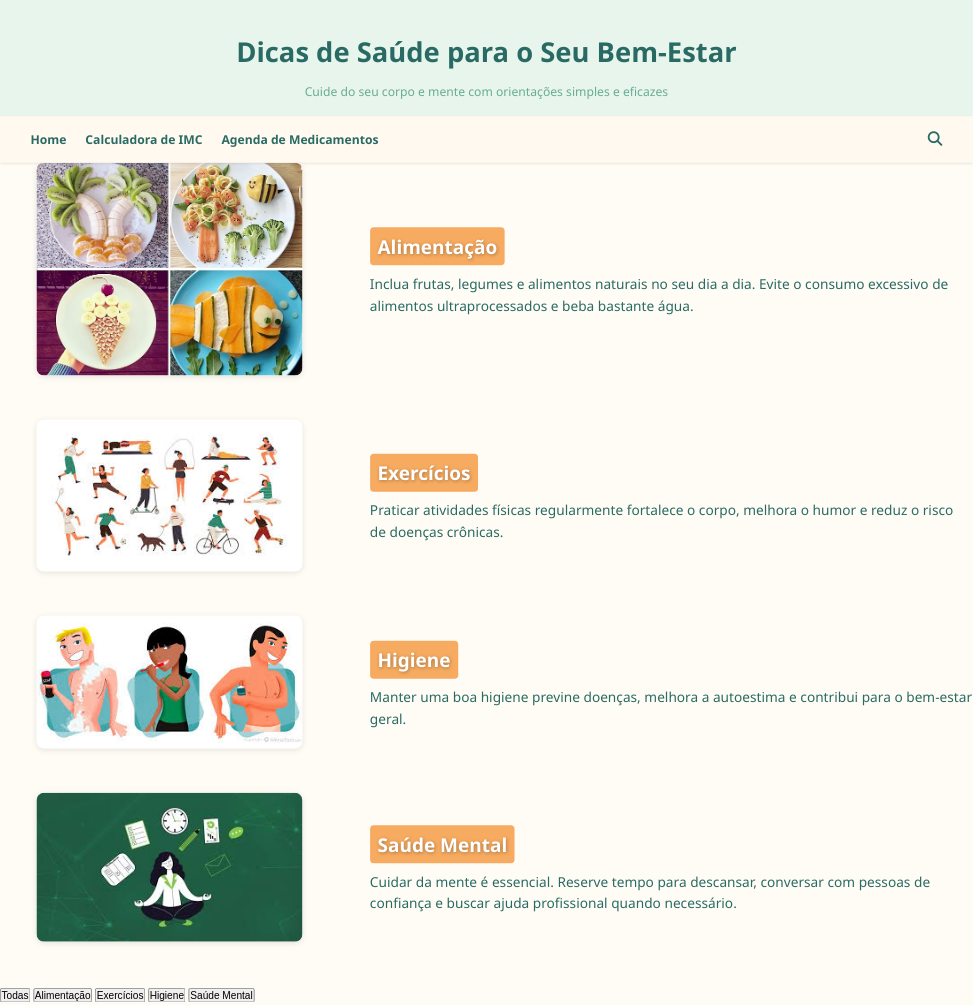
Repository: Cristiane-Sartori14/dicasSaude
Page: index.html
An editor plug-in stored every save of this project. The page is shown before and after the next save, followed by the edit.
The browser window is 1280 px wide. The pictures show the whole page, at 76% of full size.

Above is the page before, as saved 2025-05-21 18:27:26.

### index.html
<!DOCTYPE html>
<html lang="en">
  <head>
    <meta charset="UTF-8" />
    <meta name="viewport" content="width=device-width, initial-scale=1.0" />
    <title>Dicas de Saúde</title>
    <link rel="stylesheet" href="style.css" />
    <script src="script.js"></script>

    <link
      rel="stylesheet"
      href="https://cdnjs.cloudflare.com/ajax/libs/font-awesome/6.5.0/css/all.min.css"
    />
  </head>
  <body>
    <!-- Título principal da página -->
    <section class="main-title">
      <h1>Dicas de Saúde para o Seu Bem-Estar</h1>
      <p>Cuide do seu corpo e mente com orientações simples e eficazes</p>
    </section>

    <!--Cabeçalho-->
    <header class="header">
      <div class="nav-container">
        <nav>
          <ul class="nav-links">
            <li><a href="#">Home</a></li>
            <li><a href="#">Calculadora de IMC</a></li>
            <li><a href="#">Agenda de Medicamentos</a></li>
          </ul>
        </nav>
        <div class="header-icons">
          <div class="icon search-icon">
            <i class="fa-solid fa-magnifying-glass"></i>
          </div>
        </div>
      </div>
    </header>

    <!-- Alimentação -->
    <section class="section-saude">
      <div class="imagem">
        <img
          src="img/alimento.jpg"
          alt="Prato com alimentos saudáveis, frutas e vegetais coloridos"
        />
      </div>
      <div class="texto">
        <h2>Alimentação</h2>
        <p>
          Inclua frutas, legumes e alimentos naturais no seu dia a dia. Evite o
          consumo excessivo de alimentos ultraprocessados e beba bastante água.
        </p>
      </div>
    </section>

    <!-- Exercícios -->
    <section class="section-saude">
      <div class="imagem">
        <img src="img/exercicio.jpg" alt="Exercício Físico" />
      </div>
      <div class="texto">
        <h2>Exercícios</h2>
        <p>
          Praticar atividades físicas regularmente fortalece o corpo, melhora o
          humor e reduz o risco de doenças crônicas.
        </p>
      </div>
    </section>

    <!-- Higiene -->
    <section class="section-saude">
      <div class="imagem">
        <img src="img/higiene.jpg" alt="Higiene Pessoal" />
      </div>
      <div class="texto">
        <h2>Higiene</h2>
        <p>
          Manter uma boa higiene previne doenças, melhora a autoestima e
          contribui para o bem-estar geral.
        </p>
      </div>
    </section>

    <!-- Saúde Mental -->
    <section class="section-saude">
      <div class="imagem">
        <img src="img/saude-mental.jpg" alt="Saúde Mental" />
      </div>
      <div class="texto">
        <h2>Saúde Mental</h2>
        <p>
          Cuidar da mente é essencial. Reserve tempo para descansar, conversar
          com pessoas de confiança e buscar ajuda profissional quando
          necessário.
        </p>
      </div>
    </section>

    <div class="filtro-categorias">
      <button onclick="filtrarCategoria('todas')">Todas</button>
      <button onclick="filtrarCategoria('alimentacao')">Alimentação</button>
      <button onclick="filtrarCategoria('exercicios')">Exercícios</button>
      <button onclick="filtrarCategoria('higiene')">Higiene</button>
      <button onclick="filtrarCategoria('saude-mental')">Saúde Mental</button>
    </div>
  </body>
</html>

### style.css
* {
  box-sizing: border-box;
  margin: 0;
  padding: 0;
}

body {
  font-family: "Segoe UI", Tahoma, Verdana, sans-serif;
  background-color: #FFFCF6;
  color: #296B64;
  line-height: 1.6;
}

/*Título*/
.main-title {
  text-align: center;
  padding: 40px 20px 20px;
  background-color: #e7f5ec;
}

.main-title h1 {
  font-size: 36px;
  color: #296B64;
  margin-bottom: 10px;
}

.main-title p {
  color: #69AC93;
}

.texto h2 {
  font-size: 25px;
  color: #FFF;
  background-color: #F6AB60; /* laranja */
  text-shadow: 1px 1px 5px rgba(0, 0, 0, 0.3);
  padding: 5px 10px;
  border-radius: 5px;
  display: inline-block;
}

/* Cabeçalho */
.header {
  background-color: #FFF9F0;
  box-shadow: 0 2px 4px rgba(0, 0, 0, 0.1);
  padding: 15px 30px;
  position: sticky;
  top: 0;
  z-index: 10;
}

.nav-container {
  max-width: 1200px;
  margin: 0 auto;
  display: flex;
  justify-content: space-between;
  align-items: center;
}

.nav-links {
  list-style: none;
  display: flex;
  gap: 25px;
}

.nav-links a {
  text-decoration: none;
  color: #296B64;
  font-weight: 600;
  transition: color 0.3s ease;
}

.nav-links a:hover,
.header-icons i:hover {
  color: #D87162;
}

.header-icons {
  display: flex;
  align-items: center;
  gap: 15px;
}

.icon {
  font-size: 1.2rem;
  background: none;
  border: none;
  cursor: pointer;
  color: #296B64;
}

/* Conteúdo principal */
.health-container {
    max-width: 1200px;
    margin: 0 auto;
    padding: 40px 20px;
}

.section-saude {
  display: flex;
  align-items: center;
  justify-content: space-between;
  gap: 40px;
  margin-bottom: 50px;
  flex-wrap: wrap;
}

.imagem img {
  width: 100%;
  max-width: 350px;
  border-radius: 10px;
  box-shadow: 0 2px 8px rgba(0, 0, 0, 0.1);
}

.imagem {
  flex: 1 1 300px;
  text-align: center;
}

.texto {
  flex: 2 1 500px;
}

.texto h2 {
  font-size: 25px;
  color: #FFF;
  background-color: #F6AB60;
  text-shadow: 1px 1px 5px rgba(0, 0, 0, 0.3);
  padding: 5px 10px;
  border-radius: 5px;
  display: inline-block;
}

.texto p {
  font-size: 18px;
  color: #296B64;
  line-height: 1.6;
   margin-top: 10px;
}

.health-details {
  flex: 2 1 500px;
}

.health-title {
  color: #296B64;
  font-size: 32px;
  margin-bottom: 20px;
}

.tip {
  margin-bottom: 20px;
}

.tip h3 {
  font-size: 20px;
  color: #69AC93;
}

.tip p {
  margin-top: 5px;
}

/* Responsivo */
@media (max-width: 768px) {
  .section-saude {
    flex-direction: column;
    align-items: center;
    text-align: center;
  }

  .nav-links {
    flex-direction: column;
    align-items: center;
    gap: 10px;
  }

  .nav-container {
    flex-direction: column;
    gap: 10px;
  }
}

### script.js
function filtrarCategoria(categoria) {
  const secoes = document.querySelectorAll('.section-saude');

  secoes.forEach(secao => {
    if (categoria === 'todas' || secao.dataset.categoria === categoria) {
      secao.style.display = 'flex';
    } else {
      secao.style.display = 'none';
    }
  });
}

After the next save:
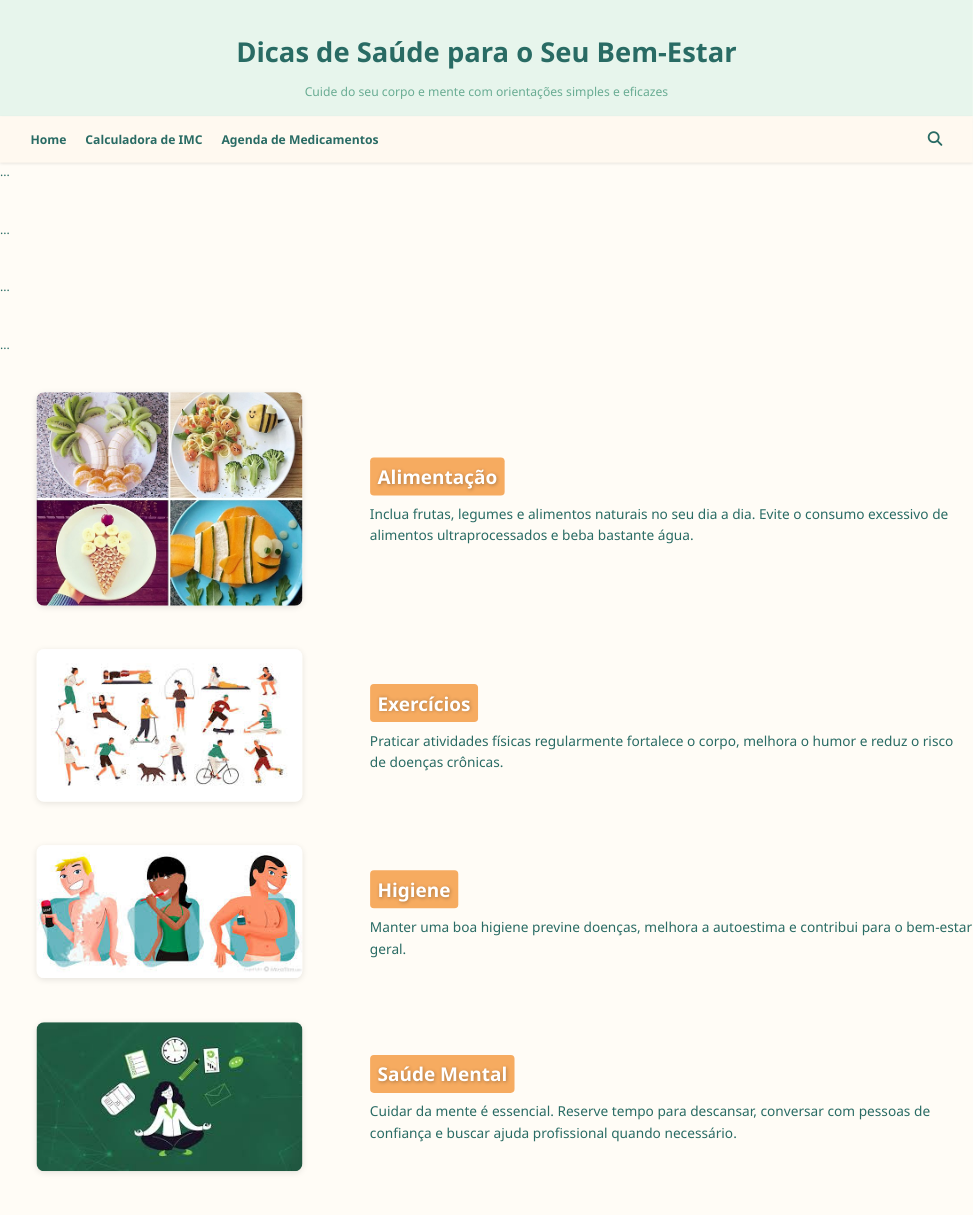
Saved 75 s later.
--- a/index.html
+++ b/index.html
@@ -36,6 +36,13 @@
         </div>
       </div>
     </header>
+
+    <div id="carousel-dicas">
+      <section class="section-saude">...</section>
+      <section class="section-saude">...</section>
+      <section class="section-saude">...</section>
+      <section class="section-saude">...</section>
+    </div>
 
     <!-- Alimentação -->
     <section class="section-saude">
@@ -96,13 +103,5 @@
         </p>
       </div>
     </section>
-
-    <div class="filtro-categorias">
-      <button onclick="filtrarCategoria('todas')">Todas</button>
-      <button onclick="filtrarCategoria('alimentacao')">Alimentação</button>
-      <button onclick="filtrarCategoria('exercicios')">Exercícios</button>
-      <button onclick="filtrarCategoria('higiene')">Higiene</button>
-      <button onclick="filtrarCategoria('saude-mental')">Saúde Mental</button>
-    </div>
   </body>
 </html>
